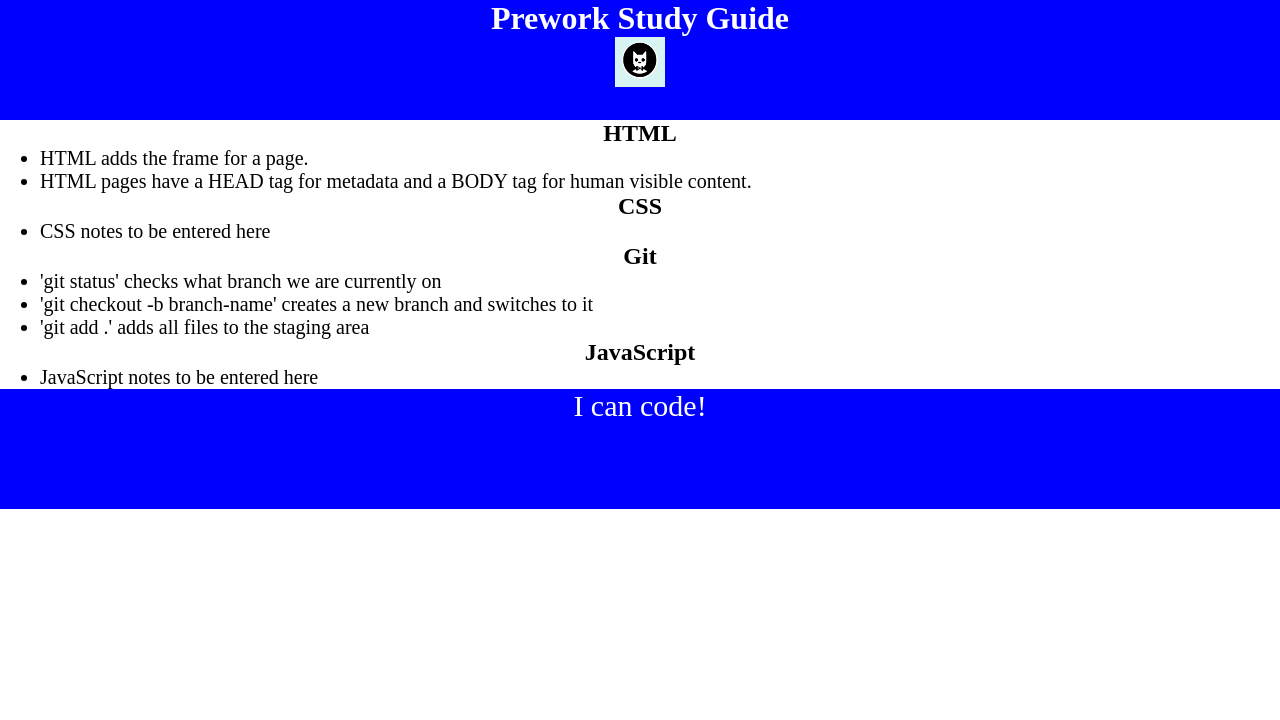
Repository: nickburton/prework-study-guide
Page: index.html
An editor plug-in stored every save of this project. The page is shown before and after the next save, followed by the edit.
The browser window is 1280 px wide. The pictures show the whole page.

Above is the page before, as saved 2023-08-14 18:11:17.

### index.html
<!DOCTYPE html>
<html lang="en">
  <head>
    <meta charset="UTF-8" />
    <meta http-equiv="X-UA-Compatible" content="IE=edge" />
    <meta name="viewport" content="width=device-width, initial-scale=1.0" />
    <link rel="stylesheet" href="./assets/style.css" />
    <title>Prework Study Guide</title>
  </head>
  <body>
    <header id="top">
      <h1>Prework Study Guide</h1>
      <img
        src="./assets/bowtie-cat.png"
        alt="Profile image of cat wearing a bow tie."
      />
    </header>
    <main>
      <section class="card" id="html-section">
        <h2>HTML</h2>
        <ul>
          <li>HTML adds the frame for a page.</li>
          <li>
            HTML pages have a HEAD tag for metadata and a BODY tag for human
            visible content.
          </li>
        </ul>
      </section>

      <section class="card" id="css-section">
        <h2>CSS</h2>
        <ul>
          <li>CSS notes to be entered here</li>
        </ul>
      </section>

      <section class="card" id="git-section">
        <h2>Git</h2>
        <ul>
          <li>'git status' checks what branch we are currently on</li>
          <li>
            'git checkout -b branch-name' creates a new branch and switches to
            it
          </li>
          <li>'git add .' adds all files to the staging area</li>
        </ul>
      </section>

      <section class="card" id="javascript-section">
        <h2>JavaScript</h2>
        <ul>
          <li>JavaScript notes to be entered here</li>
        </ul>
      </section>
    </main>

    <footer>
      <p>I can code!</p>
    </footer>
  </body>
</html>

### assets/style.css
 * {
   margin: 0;
   padding: 0;
 }

 header,
 footer {
   width: 100%;
   height: 120px;
   background-color: blue;
   color: white;
 }

 h1,
 h2 {
   text-align: center;
 }

 img {
   display: block;
   height: 50px;
   width: 50px;
   margin-left: auto;
   margin-right: auto;
 }

 ul {
   padding-left: 40px;
   font-size: 20px;
 }

 p {
   text-align: center;
   font-size: 30px;
 }

After the next save:
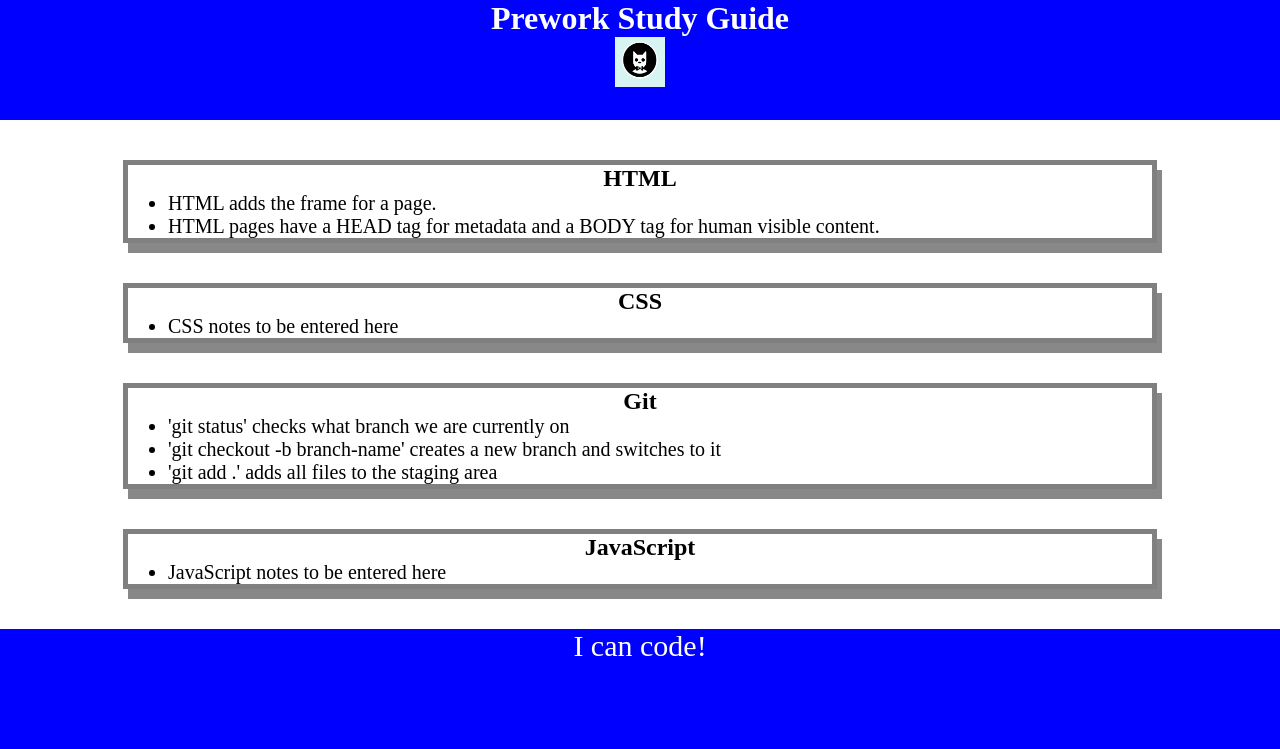
Saved 72 s later.
--- a/assets/style.css
+++ b/assets/style.css
@@ -33,3 +33,10 @@
    text-align: center;
    font-size: 30px;
  }
+
+ .card {
+   width: 80%;
+   margin: 40px auto;
+   border: 5px solid gray;
+   box-shadow: 5px 10px #888888;
+ }
